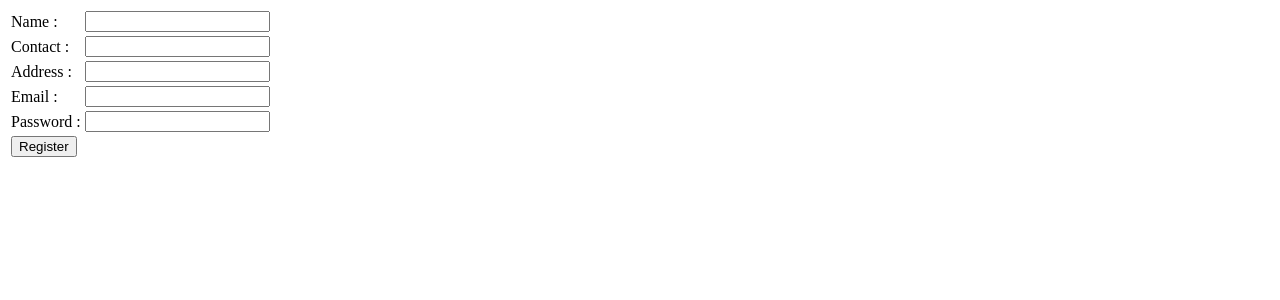
Repository: Tirth1415/JAVA
Page: http://localhost/AdvanceJAVA/Login.jsp
These files come from the project's save history. The page is drawn as it stood at one moment and after the next save; the edit follows.
The browser window is 1280 px wide. The pictures show the whole page.
The page is served by Tomcat 9. Other server files are loaded and not shown.

Above is the page before, as saved 2023-02-16 13:06:53.

### AdvanceJAVA/src/main/webapp/Login.jsp
<%@ page language="java" contentType="text/html; charset=UTF-8"
	pageEncoding="UTF-8"%>
<!DOCTYPE html>
<html>
<head>
<meta charset="UTF-8">
<title>Insert title here</title>
</head>
<body>
	<form action="UserController" method="post">
		<table>
			<tr>
				<td>Name :</td>
				<td><input type="text" name="name"></td>
			</tr>
			<tr>
				<td>Contact :</td>
				<td><input type="text" name="contact"></td>
			</tr>
			<tr>
				<td>Address :</td>
				<td><input type="text" name="adress"></td>
			</tr>
			<tr>
				<td>Email :</td>
				<td><input type="email" name="email"></td>
			</tr>
			<tr>
				<td>Password :</td>
				<td><input type="password" name="password"></td>
			</tr>
			<tr>
				<td><input type="submit" name="action" value="Register"></td>
			</tr>

		</table>
	</form>

</body>
</html>

After the next save:
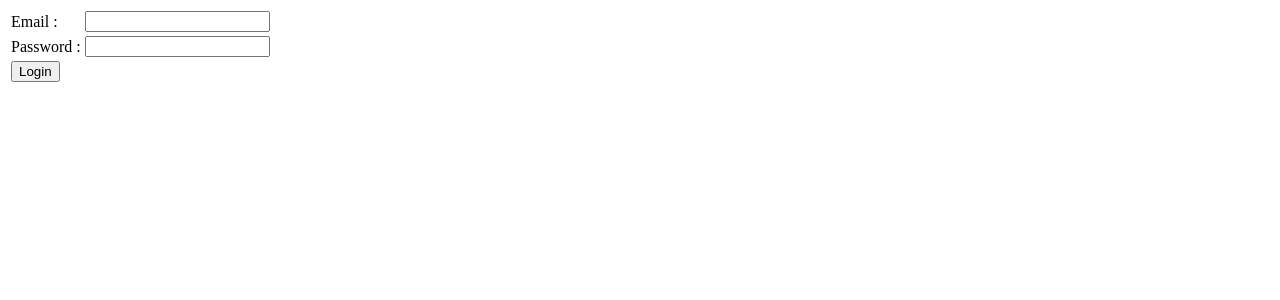
Saved 28 s later.
--- a/AdvanceJAVA/src/main/webapp/Login.jsp
+++ b/AdvanceJAVA/src/main/webapp/Login.jsp
@@ -10,18 +10,6 @@
 	<form action="UserController" method="post">
 		<table>
 			<tr>
-				<td>Name :</td>
-				<td><input type="text" name="name"></td>
-			</tr>
-			<tr>
-				<td>Contact :</td>
-				<td><input type="text" name="contact"></td>
-			</tr>
-			<tr>
-				<td>Address :</td>
-				<td><input type="text" name="adress"></td>
-			</tr>
-			<tr>
 				<td>Email :</td>
 				<td><input type="email" name="email"></td>
 			</tr>
@@ -30,7 +18,7 @@
 				<td><input type="password" name="password"></td>
 			</tr>
 			<tr>
-				<td><input type="submit" name="action" value="Register"></td>
+				<td><input type="submit" name="action" value="Login"></td>
 			</tr>
 
 		</table>
